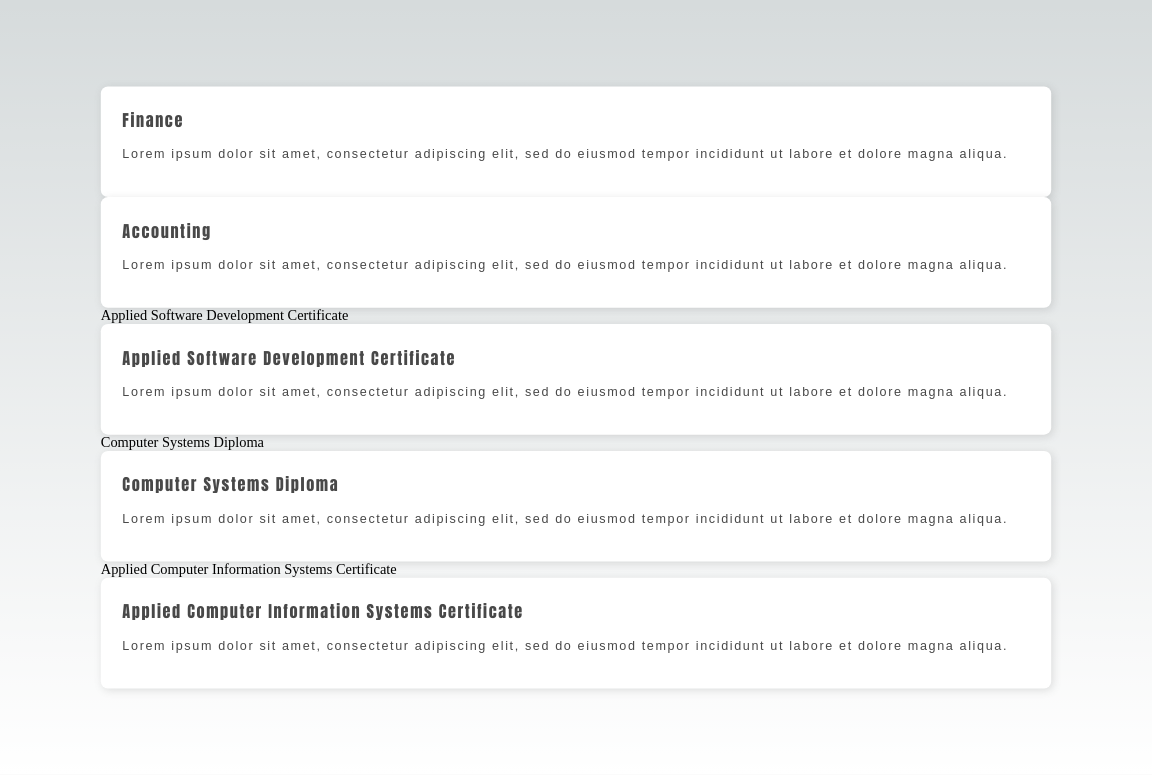
Repository: giovanabirck/class03-vercel-test
Page: /
These files come from the project's save history. The page is drawn as it stood at one moment and after a run of saves; the edit follows.
The browser window is 1280 px wide. The pictures show the whole page, at 90% of full size.
The project was rebuilt for these pictures with package versions that can differ from the ones it lists, and the page was loaded fresh each time. The framework's server and built-in components were replaced by stand-ins that run in the browser. Also part of the build but not shown: next.config.js.

Above is the page before, as saved 2023-01-24 21:30:27.

### pages/index.js
import Head from 'next/head'
import Image from 'next/image'
import { Inter } from '@next/font/google'
import styles from '../styles/Home.module.css'
import data from '../data/education.json'
import { useState } from 'react'
import Card from '../components/Card'
import Link from 'next/link'
import Menu from '../components/Menu'

const inter = Inter({ subsets: ['latin'] })

export default function Home() {

  console.log(data);
  const [information, setInformation] = useState([...data]);


  return (
    <>
      <Head>
        <title>Programs</title>
        <meta name="description" content="Generated by create next app" />
        <meta name="viewport" content="width=device-width, initial-scale=1" />
        <link rel="icon" href="/favicon.ico" />
        <Menu/>
      </Head>
      <main className={styles.main}>

        {
          information && information.map((info, index) => {
            if(info.department === "Business") {
              return(
                <div key={index}>

                  <Card key={index} degree={info.degree}/>
                </div>
              )
            }
          })
        }

        {
          information && information.map((info, index) => {
            if(info.department === "Computing") {
              return(
                <div key={index}>
                  {info.degree}
                  <Card key={index} degree={info.degree} color="blue" font="50px"/>
                </div>
              )
            }
          })
        }
      </main>

    </>
  )
}

### data/education.json
[
    {
        "studentNumber": "A0004567",
        "firstName": "Person 1",
        "gpa": 3.8,
        "department": "Business",
        "degree": "Finance",
        "graduted": 2014
    },
    {
        "studentNumber": "A0001234",
        "firstName": "Person 2",
        "gpa": 3.5,
        "department": "Business",
        "degree": "Accounting",
        "graduted": 2010
    },
    {
        "studentNumber": "A0007890",
        "firstName": "Person 3",
        "gpa": 3.2,
        "department": "Computing",
        "degree": "Applied Software Development Certificate",
        "graduted": 2018
    },
    {
        "studentNumber": "A0007828",
        "firstName": "Person 4",
        "gpa": 3.9,
        "department": "Computing",
        "degree": "Computer Systems Diploma",
        "graduted": 2021
    },
    {
        "studentNumber": "A0003425",
        "firstName": "Person 5",
        "gpa": 3.2,
        "department": "Computing",
        "degree": "Applied Computer Information Systems Certificate",
        "graduted": 2021
    }
]

### components/Card/index.js


export default function Card({
    degree      =   "none",
}) {

    return(
        <div style={{
            backgroundColor: "white",
            padding: "24px",
            fontFamily: "Impact",
            color: "#484848",
            fontSize: "18px",
            letterSpacing: "0.1em",
            display: "flex",
            flexDirection: "column",
            borderRadius: "8px",
            boxShadow: "2px 2px 10px rgb(100, 100, 100, 0.2)"
        }}>
            {degree}
            <br></br>
            <p style={{
                fontFamily: "arial",
                color: "#484848",
                fontSize: "14px",
                padding: "16px 24px 16px 0px"
            }}
            >Lorem ipsum dolor sit amet, consectetur adipiscing elit, sed do eiusmod tempor incididunt ut labore et dolore magna aliqua.</p>
        </div>
    )
}

### components/Menu/index.js

export default function Menu() {
    return(
        <>
        <div style={{
            display: "flex",
        }}>
            <div className="lateral-menu" style={{
                backgroundColor: 'white',
                width: "20%",
                innerHeight: "500px",
                padding: "40px 40px 350px 24px",
                fontFamily: "Arial",
                fontWeight: "bold",
                color: "#A8A8A8",
                }}>

                <h1 style={{
                    fontFamily: "Impact",
                    fontSize: "40px",
                    color: "#5F7AF2",
                    padding: "16px 16px 56px 16px",
                }}>Future
                    <br></br>
                    University
                </h1>

                <br></br>

                <a className="a-employees" href="about" style={{padding:"16px"}}>Employees</a>

                <br></br>

                <p className="p-programs" style={{padding:"48px 16px 16px 16px", color: "#5F7AF2"}}>Programs</p>

                <br></br>

                <p style={{padding:"16px"}}>Lorem ipsum</p>

                <br></br>

                <p style={{padding:"16px"}}>Lorem ipsum</p>

                <br></br>

                <p style={{padding:"16px"}}>Lorem ipsum</p>
            </div>
            <div>
                <div className="top-menu" style={{
                    backgroundColor: "white",
                    width: "200%",
                    display: "flex",
                    height: "96px",
                    alignItems: "center",
                    justifyContent: "space-between",
                }}>
                    <input placeholder="search" style={{
                        fontFamily: "Arial",
                        fontSize: "14px",
                        color: "#5F7AF2",
                        padding: "16px",
                        border: "solid 2px #5F7AF2",
                        borderRadius: "8px",
                        width: "400px",
                        margin: "24px"
                    }}>
                    </input>
                    <h2 style={{
                        fontFamily: "Arial",
                        fontWeight: "bold",
                        fontSize: "16px",
                        color: "#5F7AF2",
                        padding: "16px 40px 16px 16px"
                        }}>Profile Name</h2>
                </div>
                <div id="main-div" style={{
                    backgroundColor: "#EAEBF1",
                    width: "200%",
                    height: "89%"
                }}>
                </div>
            </div>
        </div>
        </>
    )
}

Loaded but not shown: pages/_app.js (common file); pages/_document.js (common file); styles/globals.css (common file); styles/Home.module.css (common file)

After the next 2 saves:
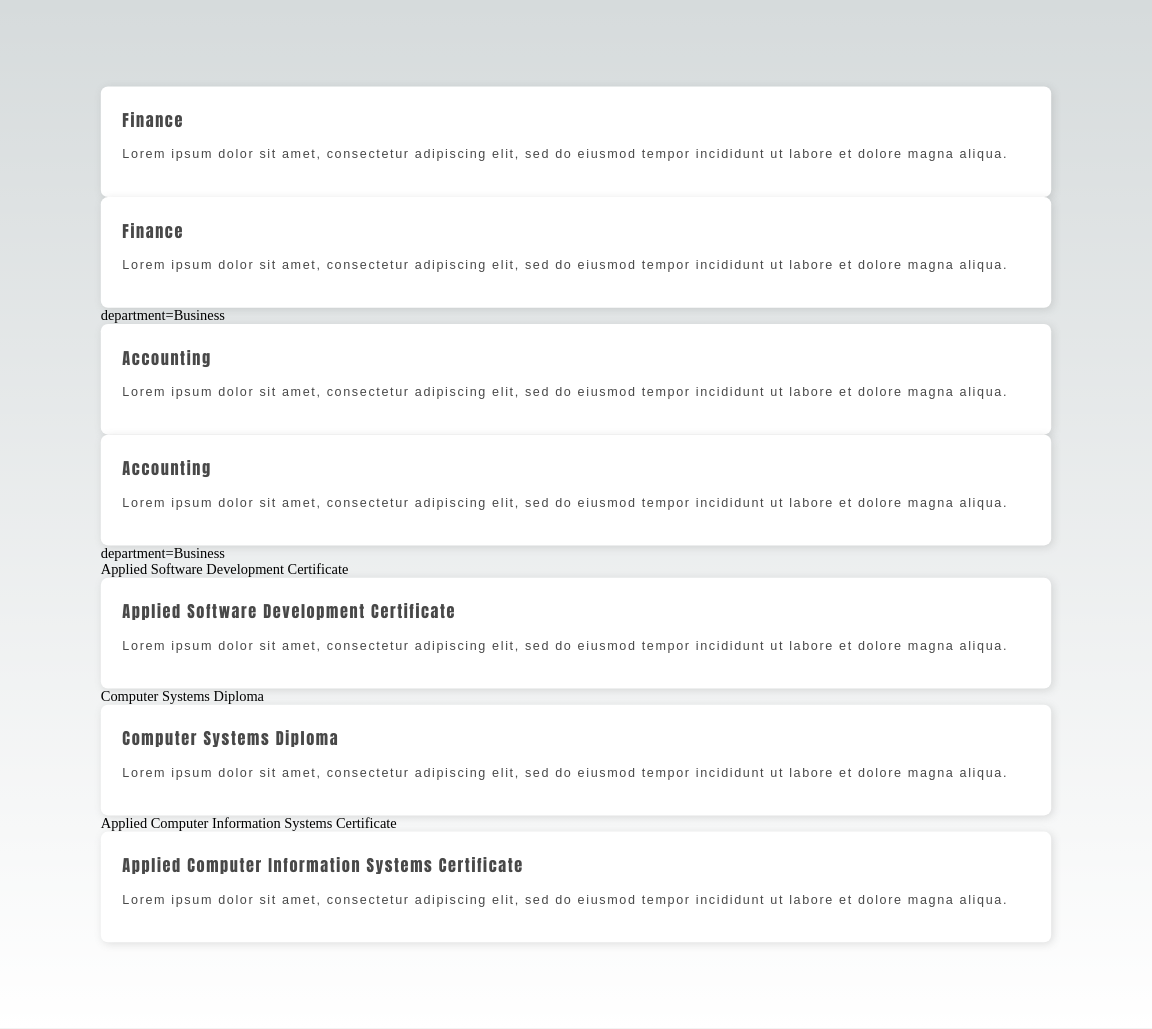
The 2 saves are shown as one change because they came seconds apart.
The last was saved 6 s later.
--- a/pages/index.js
+++ b/pages/index.js
@@ -34,6 +34,8 @@ export default function Home() {
                 <div key={index}>
 
                   <Card key={index} degree={info.degree}/>
+                  <Card key={index} degree={info.degree}/>
+                  department={info.department}
                 </div>
               )
             }
